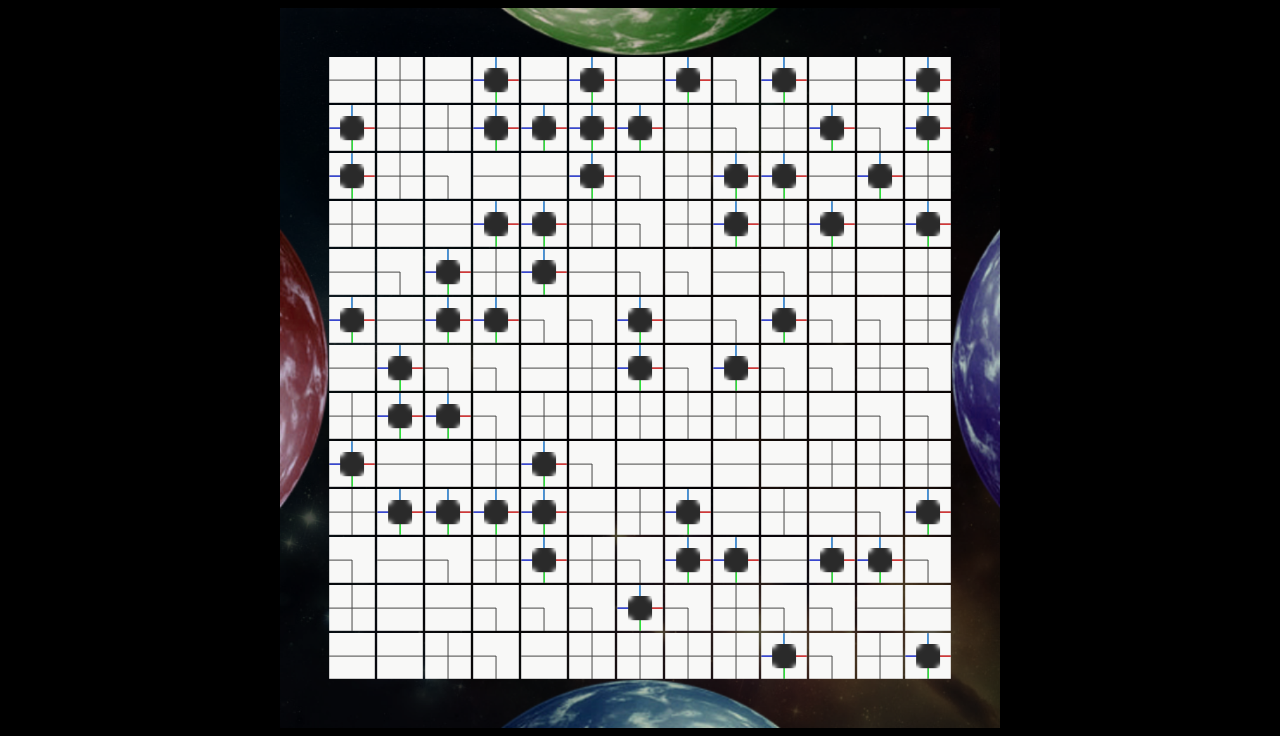
Repository: hanamj/phaser1
Page: index.html
The author's editor kept a record of every edit. The page is drawn from the files as they stood at one moment, then again after the next edit.
The browser window is 1280 px wide. The pictures show the whole page.

Above is the page before.

After the next edit:
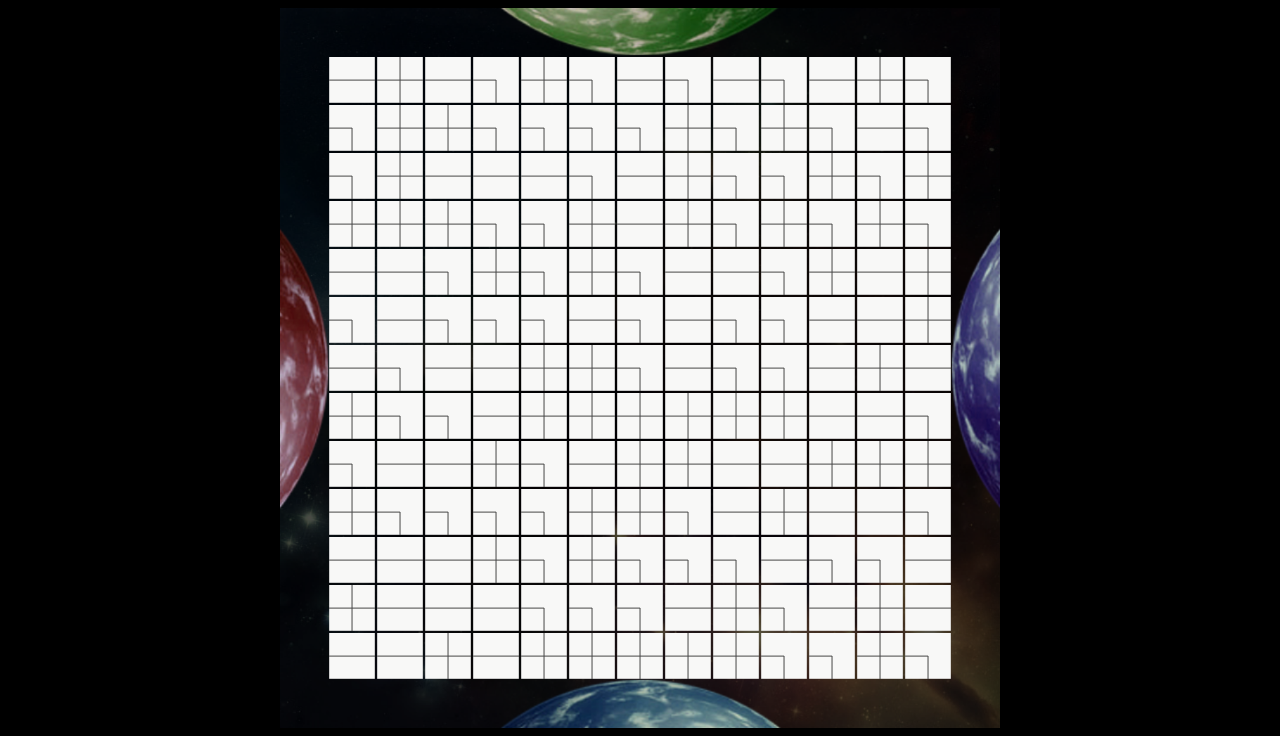
The edit:
--- a/main.js
+++ b/main.js
@@ -16,7 +16,7 @@
             for (var j = 0; j<13; j++) {
                 var s = this.squares.getFirstDead();
                 s.anchor.setTo(0.5, 0.5);
-                s.frame = game.rnd.integerInRange(0, 3);
+                s.frame = game.rnd.integerInRange(0, 2);
                 s.inputEnabled = true;
                 s.events.onInputDown.add(this.click, s);
                 s.reset((48*j)+72, (48*i)+72);
